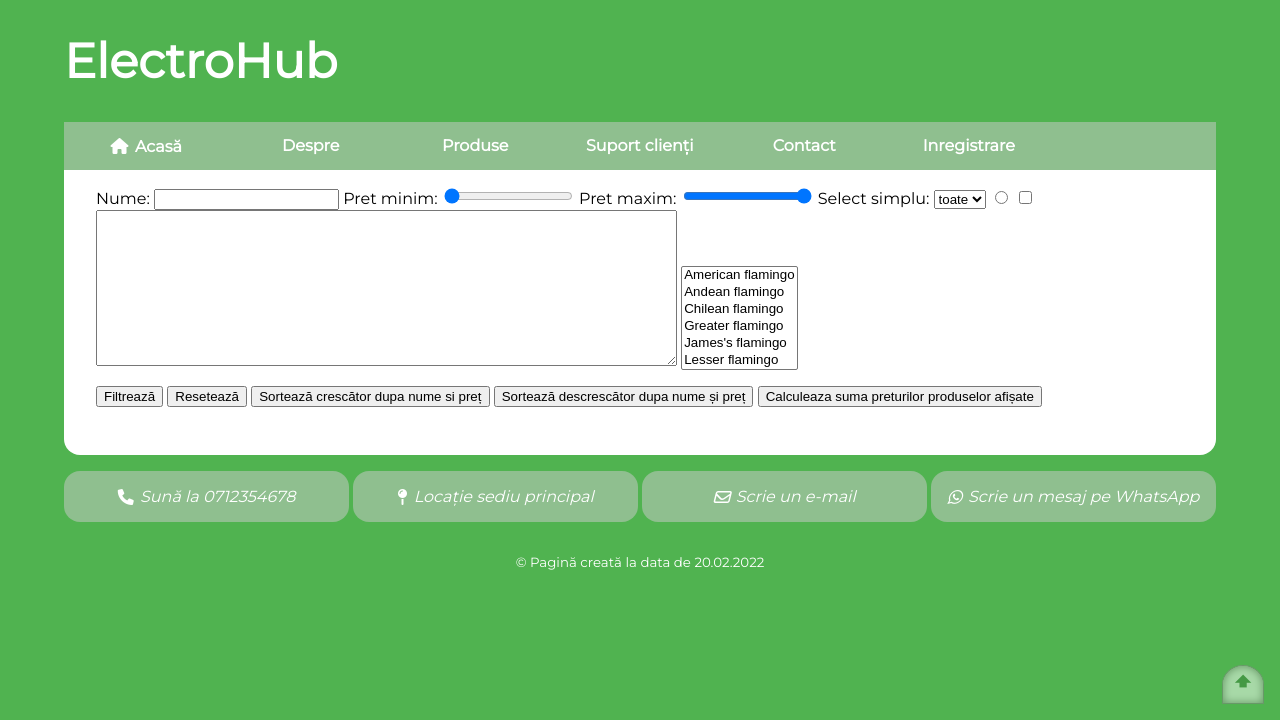
Repository: alexbanilean/Proiect-TW---ElectroHub
Page: http://localhost/produse
The author's editor kept a copy of each file at every save. The page is drawn from the files as they stood at one save, then again after a run of saves.
The browser window is 1280 px wide. The pictures show the whole page.
The page is served by the project's Node server (index.js). Queries for data that is not in the repository find no rows.

Above is the page before, as saved 2022-05-09 20:25:09.
Console error: TypeError: Cannot set properties of null (setting 'onclick')

### views/pagini/produse.ejs
<!DOCTYPE html>
<html  lang="ro">
    <head>
        <meta name="description" content="Universul electronicelor și electrocasnicelor la cele mai bune prețuri.">
        <meta name="keywords" content="electronice, electrocasnice, telefoane, tablete, jocuri, televizoare, smartphone">
        <title>ElectroHub</title>
        <%- include("../fragmente/head"); %>
        <link rel="stylesheet" type="text/css" href="/resurse/css/produse.css"/>
        <script type="text/javascript" src="/resurse/js/produse.js"></script>
    </head>

    <body>

    <%- include("../fragmente/header") %>

    <main>

        <!--<label> Maxim calorii: <input type="number" id="inp-calorii" value="10000"></label>-->
        <!-- <div> Calorii: trebuie sa aiba acelasi name ca sa formeze un grup
            <p><label>Dietetic (calorii &lt; 350)
                <input id="i_rad1"  name="gr_rad" value="0:350" type="radio"/>
            </label></p>
            <p><label>Mediu (350 &le; calorii &lt; 700)
                <input id="i_rad2"  name="gr_rad" value="350:750" type="radio"/>
            </label>
            <p><label>Ridicat caloric (700 &le; calorii)
                <input id="i_rad3" name="gr_rad" value="700:1000000000" type="radio"/>
            </label>
            <p><label>Toate
                <input id="i_rad4" checked name="gr_rad" value="toate" type="radio"/>
            </label>
        </div> -->

        <p>
            <label>Nume: <input type="text" id="inp-nume"></label>

            <label>Pret minim: <input type="range" id="inp-pret-min" value="0" min="0"  max="5000"><span id="infoRangeMin"></span></label>

            <label>Pret maxim: <input type="range" id="inp-pret-max" value="5000" min="0"  max="5000"><span id="infoRangeMax"></span></label>

            <label>Select simplu:
                <select id="inp-categorie">
                    <option id="sel-toate" selected value="toate">toate</option>
                    <% for (let opt of locals.optiuni) { %>
                        <option value="<%- opt.unnest %>"><%- opt.unnest %> </option>
                    <% } %>
                </select>
            </label>

            <label> <input type="radio"> </label>

            <label> <input type="checkbox"> </label>

            <label> <textarea id = "txtArea" rows = "10" cols = "70"></textarea> </label>

            <label>
                <datalist id = "browsers">
                    <option value = "Edge">
                    <option value = "Firefox">
                    <option value = "Chrome">
                    <option value = "Opera">
                    <option value = "Safari">
                </datalist>
            </label>

            <label>
                <select multiple size="6">
                    <option value="American">American flamingo</option>
                    <option value="Andean">Andean flamingo</option>
                    <option value="Chilean">Chilean flamingo</option>
                    <option value="Greater">Greater flamingo</option>
                    <option value="James's">James's flamingo</option>
                    <option value="Lesser">Lesser flamingo</option>
                </select>
            </label>

        </p>

        <p>
            <button id="filtrare">Filtrează</button>
            <button id="resetare">Resetează</button>
            <button id="sortCrescNume">Sortează crescător dupa nume si preț</button>
            <button id="sortDescrescNume">Sortează descrescător dupa nume și preț</button>
            <button id="p-suma">Calculeaza suma preturilor produselor afișate</button>
        </p>

        <!-- my code below -->

        <section id="produse">
            <div class="grid-produse">
                <% for(let prod of locals.produse) { %>
                    <article class="produs">
                        <h3 class="nume"><a href="/produs/<%-prod.id %>"><span class="val-nume"><%- prod.nume%></span></a></h3>
                        <p class="categorie">Categorie: <span class="val-categorie"><%- prod.categorie %></span></p>

                        <div class="grid-intern">
                            <figure class="imag-produs">
                                <a href="produs/<%-prod.id %>" ><img src="/resurse/imagini/produse/<%- prod.imagine %>" alt="[imagine <%- prod.nume %>]" /></a>
                            </figure>

                            <table class="info-prod">
                                <tbody>
                                    <tr>
                                        <td>
                                            <span class="pret">Pret:</span>
                                        </td>
                                        <td>
                                            <span class="val-pret"><%- prod.pret %> RON</span>
                                        </td>
                                    </tr>

                                    <tr>
                                        <td>
                                            <span class="culoare">Culoare:</span>
                                        </td>
                                        <td>
                                            <span class="val-culoare"><%- prod.culoare %></span>
                                        </td>
                                    </tr>

                                    <tr>
                                        <td>
                                            <span class="descriere">Descriere:</span>
                                        </td>
                                        <td>
                                            <span class="val-descriere"><%- prod.descriere %></span>
                                        </td>
                                    </tr>

                                    <tr>
                                        <td>
                                            <span class="data_adaugare">Data adăugare:</span>
                                        </td>
                                        <td>
                                            <span class="val-data_adaugare"><time><%- `${prod.data_adaugare.getDate()}/${locals.luni[prod.data_adaugare.getMonth()]}/${prod.data_adaugare.getFullYear()} (${locals.zile[prod.data_adaugare.getDay()]})` %></time></span>
                                        </td>
                                    </tr>

                                    <tr>
                                        <td>
                                            <span class="premium">Premium:</span>
                                        </td>
                                        <td>
                                            <span class="val-premium">
                                                <% if(prod.premium == 'true') { %>
                                                    <%- 'Da' %>
                                                <% } else { %>
                                                    <%- 'Nu' %>
                                                <% } %>
                                            </span>
                                        </td>
                                    </tr>
                                </tbody>
                            </table>

                            <label class="selecteaza-cos">
                                Selectează:<br/>
                                <input type="checkbox" class="select-cos" value="<%-prod.id %>" autocomplete="off">
                            </label>
                        </div>
                    </article>
                <% } %>
            </div>
        </section>
    </main>

    <%- include("../fragmente/footer") %>
    </body>
</html>

### views/fragmente/head.ejs
<meta charset="utf-8">
<meta name="author" content="Alexandru Bănilean">

<link rel="apple-touch-icon" sizes="180x180" href="/resurse/ico/apple-touch-icon.png">
<link rel="icon" type="image/png" sizes="32x32" href="/resurse/ico/favicon-32x32.png">
<link rel="icon" type="image/png" sizes="16x16" href="/resurse/ico/favicon-16x16.png">
<link rel="manifest" href="/resurse/ico/site.webmanifest">
<link rel="mask-icon" href="/resurse/ico/safari-pinned-tab.svg" color="#5bbad5">
<link rel="shortcut icon" href="/resurse/ico/favicon.ico">
<meta name="msapplication-TileColor" content="#da532c">
<meta name="msapplication-config" content="./resurse/ico/browserconfig.xml">
<meta name="theme-color" content="#ffffff">

<link rel="stylesheet" href="/resurse/css/general.css" type="text/css"/>
<link rel="stylesheet" href="/resurse/css/general-1200.css" type="text/css" media="screen and (max-width:1200px)"/>
<link rel="stylesheet" href="/resurse/css/general-500.css" type="text/css" media="screen and (max-width:500px)"/>
<link rel="stylesheet" href="/resurse/css/nav.css" type="text/css"/>
<link rel="stylesheet" href="/resurse/css/nav-500.css" type="text/css" media="screen and (max-width:500px)"/>
<link rel="stylesheet" href="/resurse/css/galerie_statica.css" type="text/css"/>
<link rel="stylesheet" href="/resurse/css/print_style.css" type="text/css"/>

<link rel="stylesheet" href="https://use.fontawesome.com/releases/v6.0.0/css/all.css"/>
<link rel="stylesheet" href="https://fonts.googleapis.com/css?family=Montserrat"/>

<script src="/resurse/js/tema.js"></script>

### views/fragmente/header.ejs
<script>
    var tema=localStorage.getItem("tema");
    if(tema)
        document.body.classList.add("dark");
    else
        document.body.classList.remove("dark");
</script>

<header>
    <h1>ElectroHub</h1>
</header>

<nav>

    <label id="hamburger" for="ch-menu">
        <img src="/resurse/imagini/hamburger_icon_alb.png" alt="menu">
    </label>
    <input id="ch-menu" type="checkbox">

    <ul class="meniu">
        <li><div class="home-button"><a href="/index"><span class="text-home-button">Acasă</span></a></div></li>
        <li><div><a href="/despre">Despre</a></div>
            <ul>
                <li><a href="/despre#prezentare">Prezentare</a></li>
                <li><a href="/despre#istoric">Istoric</a></li>
                <li><a href="/despre#galerie">Galerie</a></li>
            </ul>
        </li>
        <li><div><a href="/produse">Produse</a></div>
            <ul>
                <li><a href="/produse">Toate</a></li>
                <% for(let categ of locals.categorii_meniu) { %>
                    <li><a href="/produse/<%-categ.unnest%>" style="text-transform: capitalize;"><%-categ.unnest%></a></li>
                <% } %>
            </ul>
        </li>
        <li><a href="/suport_clienti">Suport clienți</a></li>
        <li><a href="/contact">Contact</a></li>
        <li><a href="/inregistrare">Inregistrare</a></li>



        <% if(locals.utilizator){ %>
            <li>
                <div><%- locals.utilizator.username %></div>
                <ul>
                    <li><a href="/profil">Profil</a></li>
                    <li><a href="/logout">Logout</a></li>
                    <% if(locals.utilizator && locals.utilizator.rol == "admin") { %>
                    <li><a href="/useri">Useri</a></li>
                    <% } %>

                </ul>
            </li>
        <% } %>
    </ul>
</nav>

<p id="banner"></p>

### views/fragmente/footer.ejs
<footer>
    <address>
        <a href="tel:+40712354678" class="apel">
            <i class="fa-solid fa-phone fa-shake-hover" style="font-weight:600;padding-right:0.4rem;"></i>Sună la 0712354678</a>
        <a href="https://www.google.com/maps/place/Faculty+of+Mathematics+and+Informatics+-+University+of+Bucharest/@44.4355355,26.0995867,15z/data=!4m5!3m4!1s0x0:0x493984726f0235f9!8m2!3d44.4355355!4d26.0995867" class="locatie">
            <i class="fa-solid fa-map-pin fa-bounce" style="font-weight:600;padding-right:0.4rem;"></i>Locație sediu principal</a>
        <a href="mailto::clienti.electrohub@gmail.com" class="mail">Scrie un e-mail</a>
        <a href="https://api.whatsapp.com/send?phone=40712354678" class="mesaj">Scrie un mesaj pe WhatsApp</a>
    </address>

    <a href="#" id="link-top"><div class="tooltip"><span class="tooltiptext">Înapoi în partea de sus a paginii</span></div></a>

    <p class="copyright-info"><small>&copy; Pagină creată la data de <time datetime="2022-02-20">20.02.2022</time></small></p>
</footer>

### resurse/css/nav.css
body{
    --inaltime-meniu: 3rem;
}

nav ul.meniu ul{
    display: none;
    position: absolute;
    width: 100%;
}

nav{
    height: var(--inaltime-meniu);
    width: 100%;
    top: 0;
    padding: 0;
    background-color: var(--button-color);
    z-index: 10;
    position: sticky;
}

nav ul.meniu>li{
    float: left;
    width: 14.28%;
    position: relative;
}

nav ul, nav li{
    padding: 0;
    margin: 0;
}

nav ul.meniu li{
    text-align: center;
    list-style-type: none;
    background-color: var(--button-color);
    cursor: pointer;
}

nav>ul.meniu>li>a{
    overflow: hidden;
}

nav ul.meniu li, nav ul.meniu div, nav ul.meniu a{
    text-decoration: none;
    color: var(--c2-text);
    display: block;
    font-weight: bold;

    height: var(--inaltime-meniu);
    line-height: var(--inaltime-meniu);
}

ul.meniu>li>div:hover, ul.meniu>li>a:hover{
    box-shadow: 1px 1px 5px 1px inset var(--c2-text), -1px -1px 5px 1px inset var(--c2-text);
}

ul.meniu a, ul.meniu div{
    transition: background 200ms linear;
}

nav ul.meniu>li:hover>ul{
    display: block;
    animation-name: aparitie_submeniu;
    animation-iteration-count: 1;
    animation-duration: 200ms;
    animation-timing-function: linear;
    transform-origin: top center;
}

nav ul.meniu>li:hover>ul li a::before{
    content:'\2192';
    display: inline-block;
    padding-right: 0.4rem;

}

nav ul.meniu>li:hover>ul li{
    overflow: hidden;
}

nav ul.meniu>li:hover>ul li a:hover::before{
    content:'\2192';
    padding-right: 0.4rem;

    animation-name: animatie_sageata_submeniu;
    animation-iteration-count: 1;
    animation-duration: 400ms;
    animation-timing-function: linear;
}

.home-button>a::before{
    display: inline-block;
    font-family: "Font Awesome 6 Free";
    padding-right: 0.4rem;
    content:'\f015';
}

#hamburger{
    display: none;
    height: var(--inaltime-meniu);
}

#ch-menu{
    display: none;
}

#hamburger img{
    height: 100%;
    width: auto;
}

@keyframes aparitie_submeniu{
    0%{
        opacity: 0;
        transform: scaleY(0);
    }
    100%{
        opacity: 1;
        transform: scaleY(1);
    }
}

@keyframes animatie_sageata_submeniu{
    0%{transform: translateX(-2rem);}
    100%{transform: translateX(0);}
}

### resurse/css/galerie_statica.css
#galerie_statica{
    display: grid;
    grid-template-columns: repeat(3, 1fr);
    gap: 10px;
    width: 100%;
}

#galerie_statica img{
    width: 100%;
    height: 100%;
}

#galerie_statica figure{
    width: 100%;
    height: 85%;
    margin: 0;
    padding: 0;
}

#galerie_statica>a:nth-child(5){
    grid-area: 2/3/3/4;
}

#galerie_statica>a:nth-child(6){
    grid-area: 3/1/4/2;
}

#galerie_statica>a:nth-child(7){
    grid-area: 3/3/4/4;
}

#galerie_statica>a:nth-child(8){
    grid-area: 4/1/5/2;
}

#galerie_statica>a:nth-child(9){
    grid-area: 4/2/5/3;
}

#galerie_statica>a:nth-child(10){
    grid-area: 4/3/5/4;
}

#galerie_statica{
    counter-reset: nr_imag;
}

#galerie_statica figcaption::before{
    content: counter(nr_imag, upper-roman) ". ";
    counter-increment: nr_imag;
    padding-right: 3px;
}

#galerie_statica figure figcaption{
    text-align: center;
    width:100%;
}

#galerie_statica figure:hover{
    transform: scale(1.25, 1.25) rotate(-10deg);
    border: 4px solid black;
    transition: all 1200ms linear;
}

#galerie_statica>a{
    text-decoration: none;
    color: inherit;
}

@media screen and (max-width: 800px){
    #galerie_statica{
        display: grid;
        grid-template-columns: repeat(2, 1fr);
    }
}

@media screen and (max-width: 500px){
    #galerie_statica{
        display: grid;
        grid-template-columns: 1fr;
    }
}

### resurse/css/print_style.css
#watermark, #banner{
    display:none;
}

@media print{

    html, body{
        width: 210mm;
        overflow: visible !important;
    }

    a{
        text-decoration: none;
        color: auto;
    }

    #link-top, video, iframe, #prezentari, figure, image, table{
        display: none;
    }

    details ol, :hover{
        display: block;
    }

	h1{
		margin-top: 50%;
		text-align:center;
	}

    nav{
        page-break-after: always;
    }

    nav u.meniu ul li{
        display: block;
    }

	#banner{
		position: absolute;
		display: inline-block;
        overflow: visible;
        width:50%;

        top: 0;
		right: 0;
	}
	#banner::after{
		content:"Acesta este un proiect școlar.";
        display: inline-block;
		position: absolute;

		font-size:10px;
        border:5px double black;

        padding: 5%;

        top: 0;
        right: 0;
	}

    #watermark{
        display: flex;
        flex-direction: column;
        position: fixed;
        align-items: center;
        justify-content: center;

        color: rgba(0,0,0,0.3);

        width: 60%;
        height: 10%;

        top: 0;
        left: 0;
    }

    #watermark::after{
        content: "Banilean Alexandru";
        display: block;
        text-align: center;
        padding: 5%;
        opacity: 0.3;

        color: rgba(0,0,0,0.3);

        border: 2px solid black;
        border-radius: 8px;
    }

	footer{
		page-break-before: always;
	}
}

@page {
    size: A4 portrait;
    margin-bottom:2cm;
    margin-top:2cm;
    counter-increment: page;

}
@page:left{

    margin-left:2cm;
    margin-right:1cm;
}
@page:right{

    margin-right:2cm;
    margin-left:1cm;
}

### resurse/css/produse.css
main{
    --padd-main: 2rem;
    padding-left: var(--padd-main);
    padding-right: var(--padd-main);
}

.grid-produse{
    display:grid;
    grid-template-columns: 1fr 1fr;
    grid-gap:1rem;
}
.grid-produse .produs{
    border-radius: 2rem;
    box-shadow: 0px 0px 0.5rem 0.2rem grey;
    overflow: hidden;
}

.grid-produse .produs h3{
    background-color: var(--medium-color);
    text-align: center;
    margin-top: 0;
    padding-top: 0.5rem;
    padding-bottom: 0.5rem;
}

.grid-produse .produs h3 a{
    color: var(--c2-text);
    text-decoration: none;
}

.grid-produse .produs h3 a:hover{
    color:var(--vivid-color);
}
.grid-produse .produs figure{
    text-align: center;
}

/* .grid-produse .produs figure img{
    border:1px solid grey
} */

.grid-produse .produs .info-prod{
    display:flex;
    width: 90%;
    /* text-align:center; */

    border-collapse: separate;

    font-weight: bold;
    padding-top: 2rem;
}

.grid-produse .produs p.categorie{
    text-align:center;
    font-weight:bold;
}

.grid-intern{
    display:grid;
    grid-template-columns: 1fr 1fr;
    grid-gap:1rem;
}

.grid-intern>figure img{
    width: 100%;
    height: auto;
}

.produs{
    position: relative;
}
.selecteaza-cos{
    display: inline-block;
    position: absolute;
    bottom: 0.5rem;
    right: 0.5rem;
    border-radius: 0.5rem;
    text-align: center;
    padding: 0.3rem;
    border: 1px solid transparent;
}

### resurse/css/general-1200.css
html{
    font-size: 14px;
}

body{
    --body-padding: 1.5rem;
    margin: 0;
}

#tabel>div{
    overflow-x: scroll;
}

#link-top{
    right: 1.7rem;
}

#link-top>.tooltip{
    right: 1.8rem;
}

.text-home-button{
    display: none;
}

.home-button>a::before{
    padding-left: 0.4rem;
}

### resurse/css/general-500.css
html{
    font-size: 10px;
}

body{
    --body-padding: 0;
}

h1{
    text-align: center;
}

#grid-pagina{
    display: block;
}

section{
    margin-top: 1rem;
}

#tabel>div{
    overflow-x: scroll;
}

.taburi-iframe a{
    text-decoration: none;
    width: 75px;
}

#link-top{
    right: 0.3rem;
}

#link-top>.tooltip{
    right: 0.4rem;
}

### resurse/css/nav-500.css
#hamburger{
    display: block;
}

ul.meniu{
    display: none;
    position: absolute;
    width: 100%;
}

/* aparitie meniu */

#ch-menu:checked+ul.meniu{
    display: block;
    z-index: 2;
    position: absolute;
    transform-origin: 0 0;

    animation-name: aparitie_meniu;
    animation-iteration-count: 1;
    animation-timing-function: linear;
    animation-fill-mode: forwards;
    animation-duration: 300ms;
}

#ch-menu:checked+ul.meniu>li>div, #ch-menu:checked+ul.meniu>li>a{
    z-index: 2;
    position: relative;
}

/* display over content meniu */

nav ul.meniu li{
    width: 100%;
}

nav ul.meniu>li ul{
    position: absolute;
    width: 100%;
    z-index: 200;
}

#ch-menu:checked+ul.meniu>li ul>*{
    position: relative;
    z-index: 200;
}

nav ul.meniu>li:hover>ul{
    z-index: 200;
    animation: none;
}

/* modificari sageata + boxshadow */

nav ul.meniu>li:hover>ul li a::before{
    content: none;
}

nav ul.meniu>li:hover>ul li a:hover::before{
    animation: none;
    content: none;
}

ul.meniu>li :hover{
    box-shadow: 1px 1px 5px 1px inset var(--c2-text), -1px -1px 5px 1px inset var(--c2-text);
}

@keyframes aparitie_meniu{
    0%{transform: scale(0,0);}
    100%{transform: scale(1,1);}
}

Loaded but not shown: resurse/json/galerie.json (97 lines, source omitted); resurse/json/erori.json (35 lines, source omitted); index.js (649 lines, source omitted); resurse/js/produse.js (331 lines, source omitted); resurse/js/tema.js (11 lines, source omitted); resurse/css/general.css (482 lines, source omitted)

After the next 2 saves:
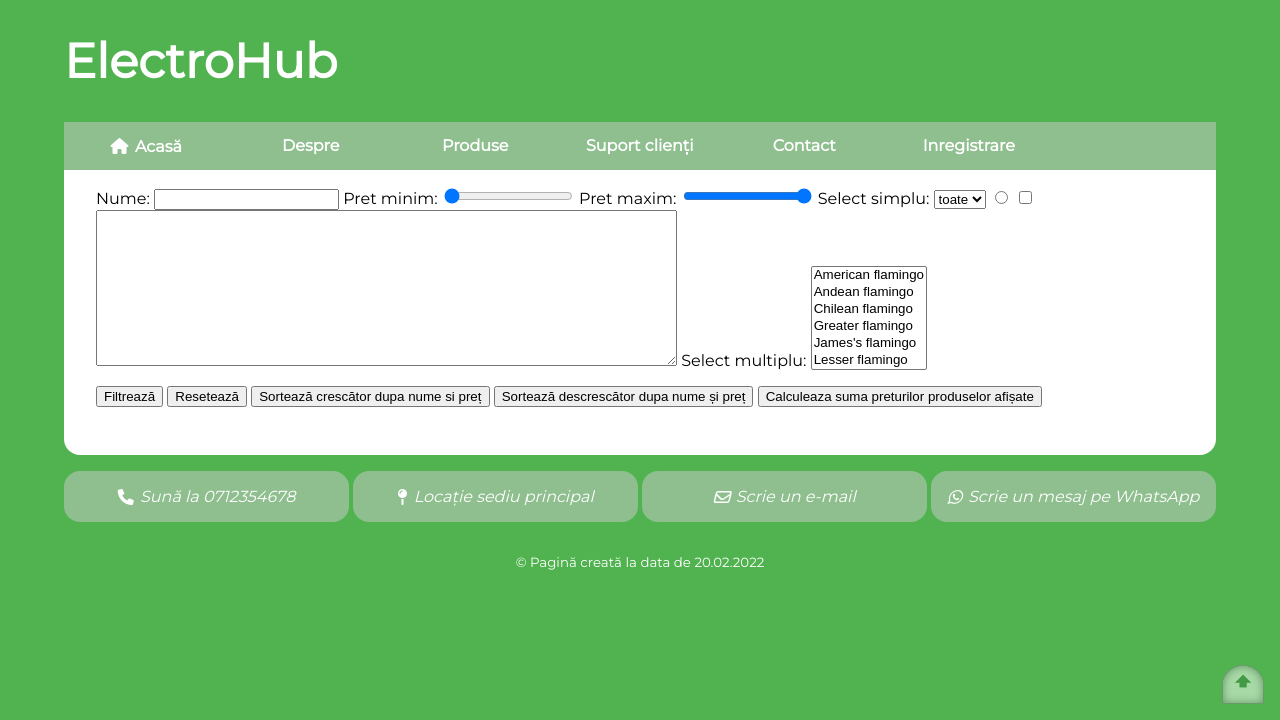
The 2 saves are shown as one change because they came seconds apart.
The last was saved 62 s later.
--- a/views/pagini/produse.ejs
+++ b/views/pagini/produse.ejs
@@ -63,7 +63,7 @@
                 </datalist>
             </label>
 
-            <label>
+            <label>Select multiplu:
                 <select multiple size="6">
                     <option value="American">American flamingo</option>
                     <option value="Andean">Andean flamingo</option>
